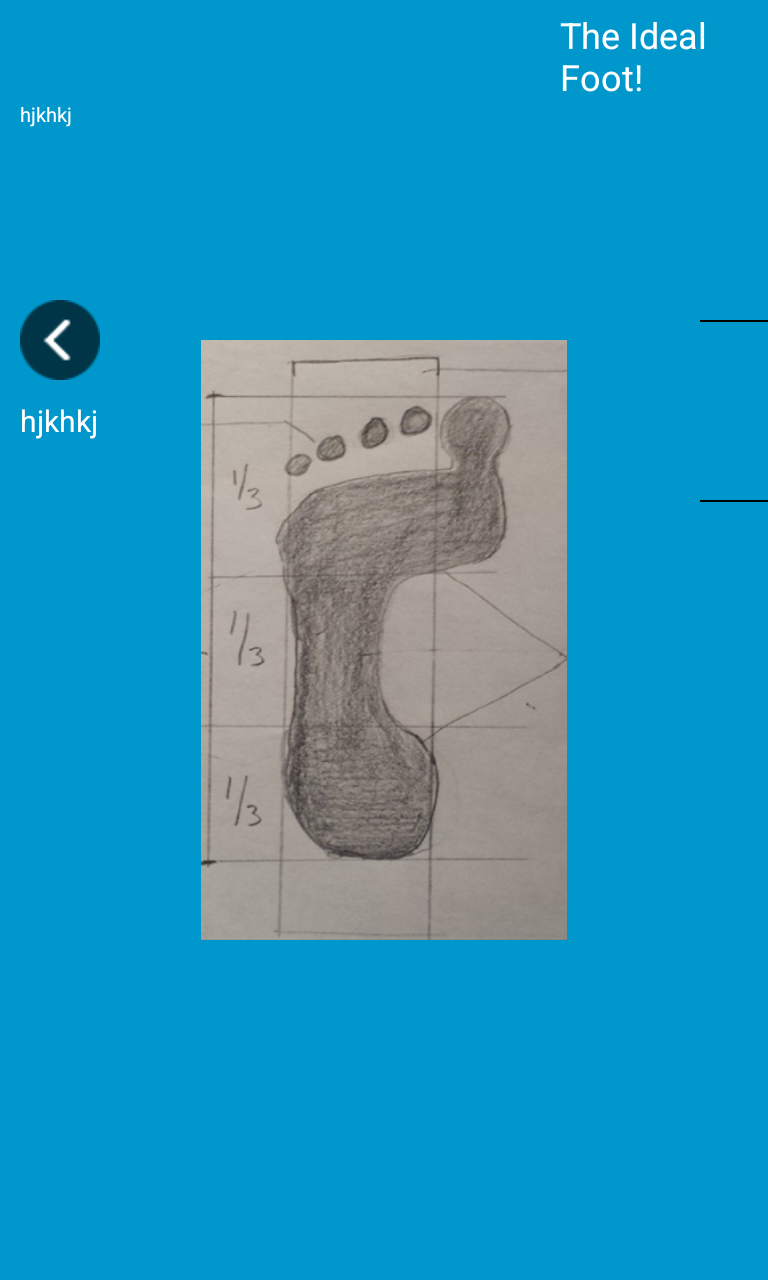
Repository: nanoweb12/GoodFeetAppNew
Layout: GoodFeetapp/res/layout/ideal_foot2.xml
The author's editor kept a copy of each file at every save. The layout is drawn from the files as they stood at one save, then again after the next save.
It is drawn on a 768 x 1280 px phone screen (xhdpi) without system bars, with theme MyTheme; the app's code is not run.

Above is the layout before, as saved 2015-02-21 04:00:25.

After the next save:
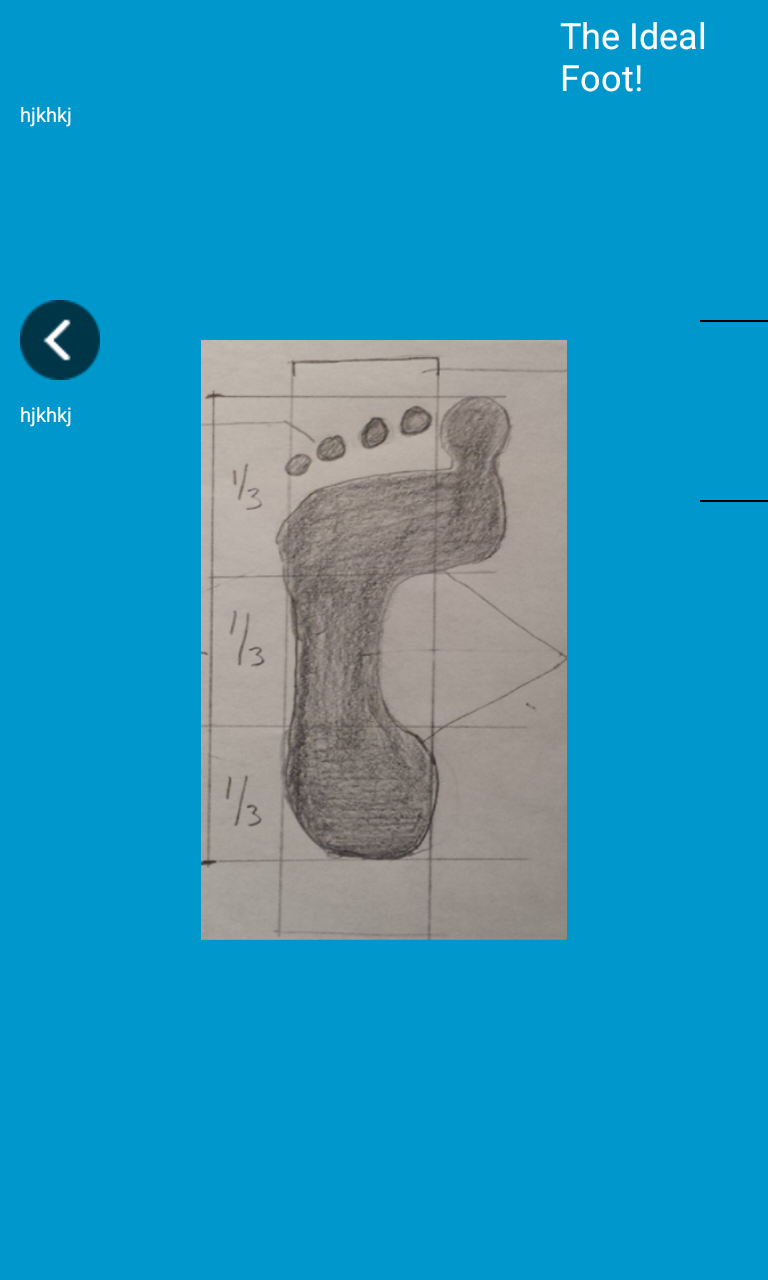
Saved 73 s later.
--- a/GoodFeetapp/res/layout/ideal_foot2.xml
+++ b/GoodFeetapp/res/layout/ideal_foot2.xml
@@ -53,10 +53,10 @@
 
                    <TextView
                     android:id="@+id/text2_left"
-                    android:layout_width="match_parent"
+                    android:layout_width="wrap_content"
                     android:layout_height="wrap_content"
 
-                    android:textSize="15sp"
+                    android:textSize="10sp"
                     android:text="hjkhkj"
                     android:textColor="#ffffff"
                     android:layout_marginTop="200dp"
